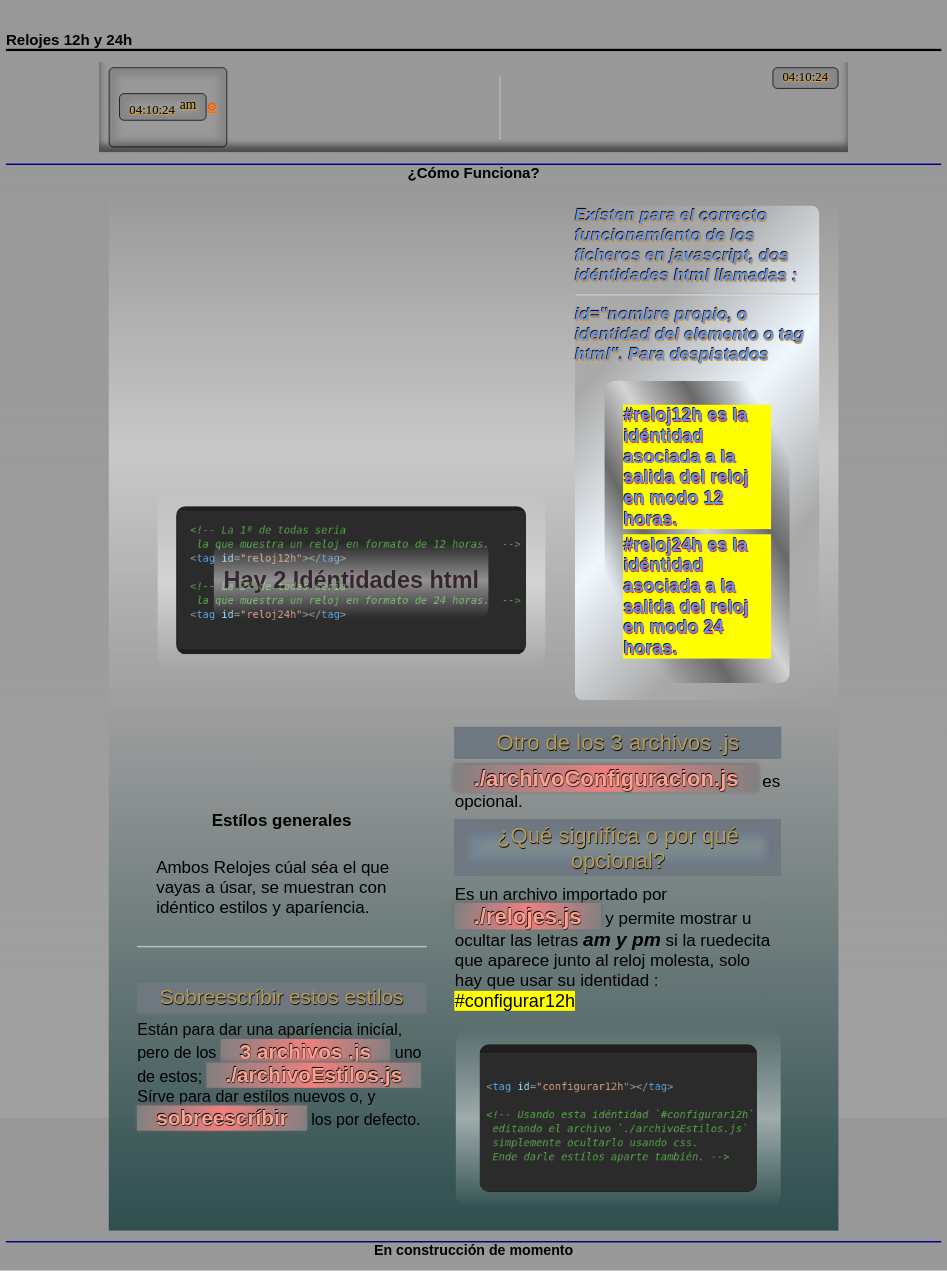
Repository: marcostonfor/clocks
Page: index.html
These files come from the project's save history. The page is drawn as it stood at one moment and after the next save; the edit follows.
The browser window is 1280 px wide. The pictures show the whole page, at 74% of full size.
Some web fonts or font styles are not loaded; a fallback is used.

Above is the page before, as saved 2024-09-19 04:32:03.

After the next save:
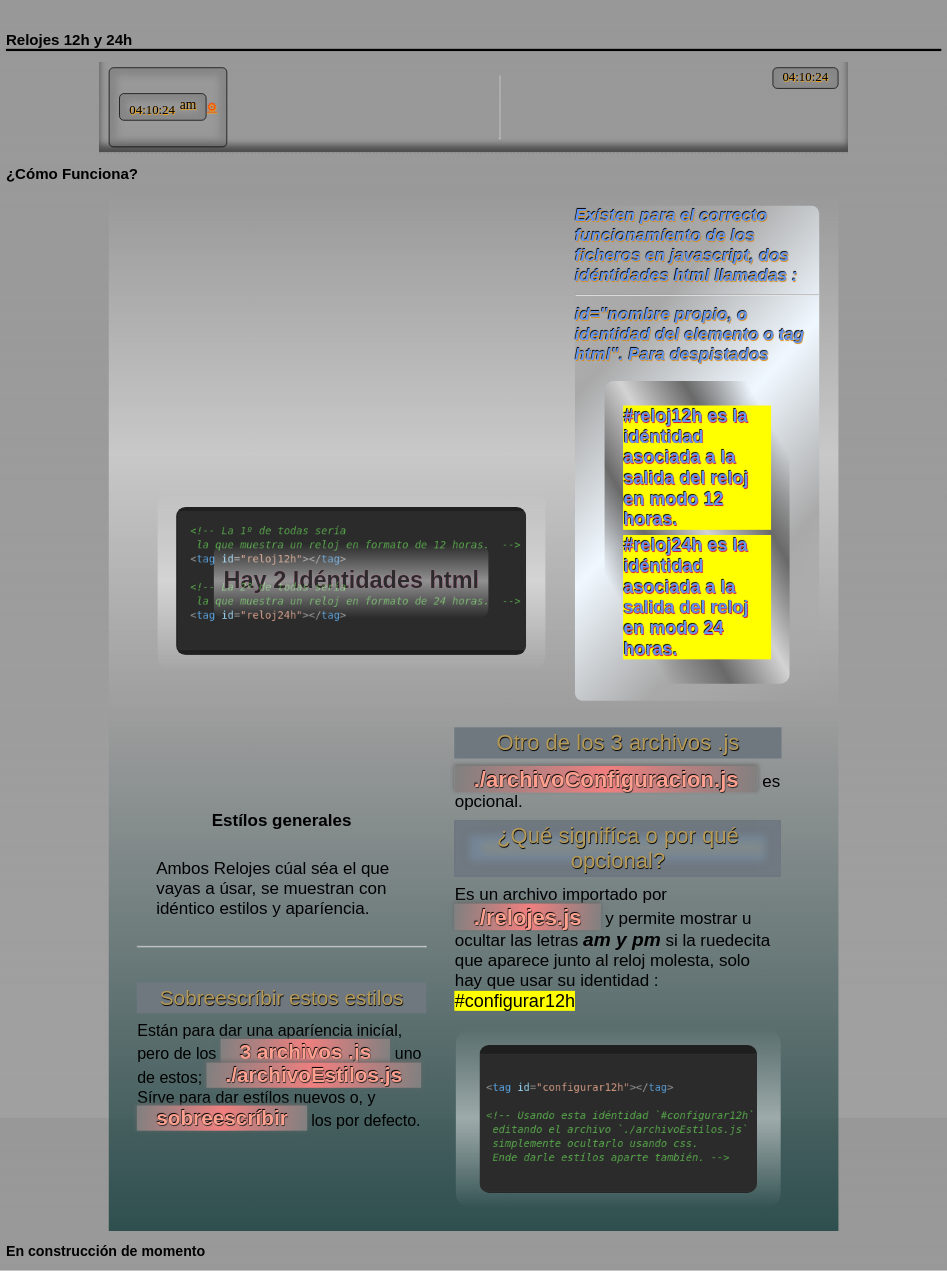
Saved 5 s later.
--- a/index.html
+++ b/index.html
@@ -65,7 +65,7 @@
             height: fit-content !important;
         }
 
-
+        #confi
 
         h2 {
             text-align: center;

After the 3 saves that followed:
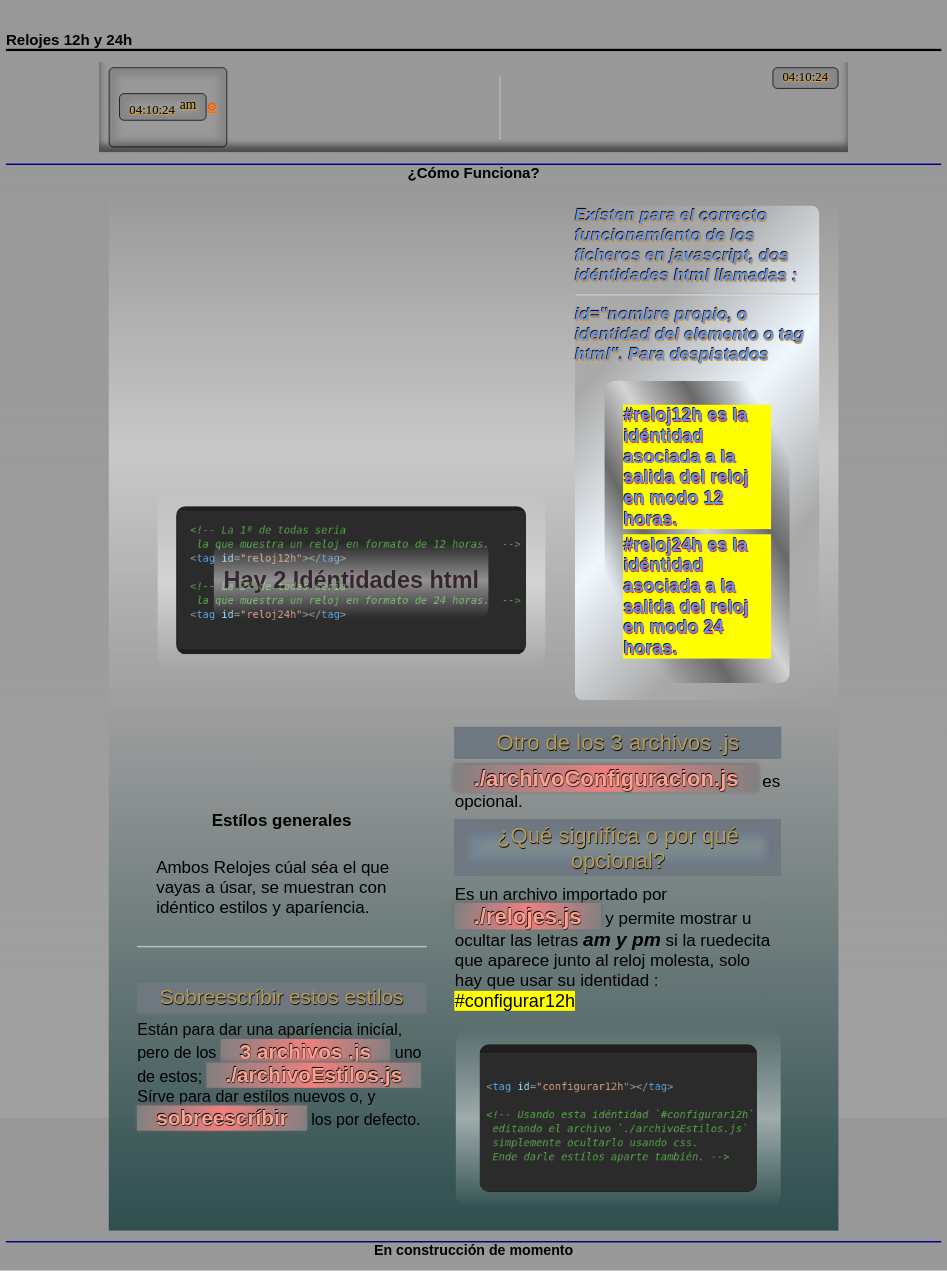
The 3 saves are shown as one change because 1 left the picture as it was and some came seconds apart.
The last was saved 11 s later.
--- a/index.html
+++ b/index.html
@@ -65,7 +65,9 @@
             height: fit-content !important;
         }
 
-        #confi
+        #configurar12h {
+            display: none;
+        }
 
         h2 {
             text-align: center;
